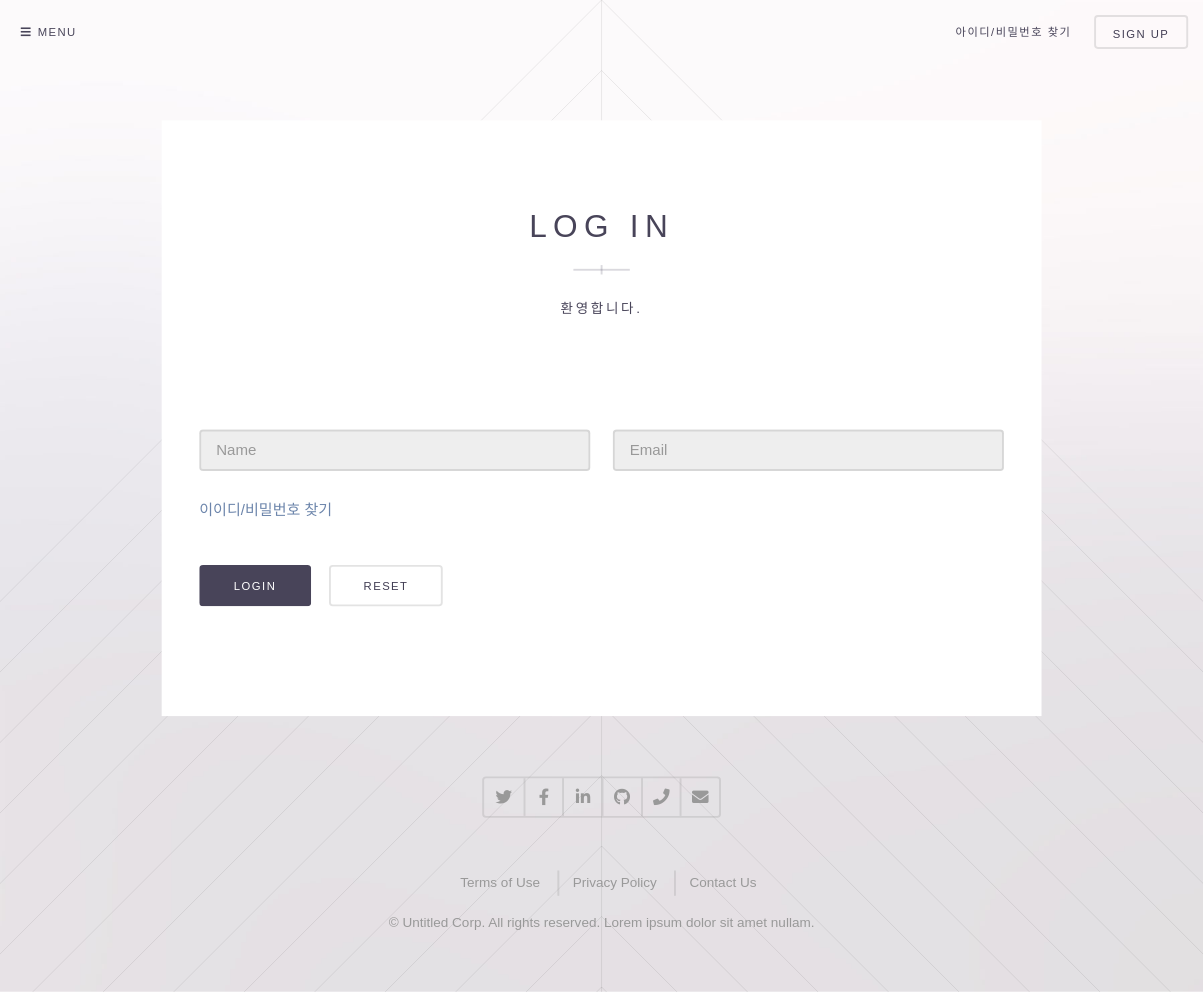
Repository: WKMoon/JavaScript-Project
Page: myFront/WebContent/find.html
These files come from the project's save history. The page is drawn as it stood at one moment and after the next save; the edit follows.
The browser window is 1280 px wide. The pictures show the whole page, at 94% of full size.
Some web fonts or font styles are not loaded; a fallback is used.

Above is the page before, as saved 2021-02-25 08:00:24.

### myFront/WebContent/find.html
<!DOCTYPE html>
<html>
<head>
<meta charset="UTF-8">
<meta name="viewport" content="width=device-width, initial-scale=1, user-scalable=no" />
<link rel="stylesheet" href="assets/css/main.css" />
<title>아이디/비밀번호 찾기</title>
</head>
	<body class="is-preload">

		<!-- Header -->
			<header id="header">
				<a href="#menu">Menu</a>
				<a href="login.html">아이디/비밀번호 찾기</a>
				<a href="signup.html" class="button">Sign Up</a>
			</header>

		<!-- Nav -->
			<nav id="menu">
				<ul class="links">
					<li><a href="index.html">Home</a></li>
					<li><a href="generic.html">Generic</a></li>
					<li><a href="elements.html">Elements</a></li>
				</ul>
				<ul class="actions stacked">
					<li><a href="login.html" class="button primary fit">Log In</a></li>
					<li><a href="signup.html" class="button fit">Sign Up</a></li>
				</ul>
			</nav>


		<!-- Main -->
			<section id="main" class="wrapper style1">
				<div class="inner">

					<!-- Title -->
						<header class="major special">
							<h1>Log In</h1>
							<p>환영합니다.</p>
						</header>

					<!-- Content -->
						<div class="content">
							<form method="post" action="#">
											<div class="row">
												<div class="col-6 col-12-xsmall">
													<input type="text" name="name" id="name" value="" placeholder="Name" />
												</div>
												<div class="col-6 col-12-xsmall">
													<input type="email" name="email" id="email" value="" placeholder="Email" />
												</div>



												<div class="col-6 col-12-small" style=" margin-bottom:5%;">
													<a href="agreement.html"style="text-decoration: none;">이이디/비밀번호 찾기</a>

												</div>
												<!-- Break -->

												<!-- Break -->
												<div class="col-12">
													<ul class="actions">
														<li><input type="submit" value="Login" class="primary" /></li>
														<li><input type="reset" value="Reset" /></li>
													</ul>
												</div>
											</div>
										</form>
						</div>

				</div>
			</section>

		<!-- Footer -->
			<footer id="footer">
				<ul class="alt-icons">
					<li><a href="#" class="icon brands fa-twitter"><span class="label">Twitter</span></a></li>
					<li><a href="#" class="icon brands fa-facebook-f"><span class="label">Facebook</span></a></li>
					<li><a href="#" class="icon brands fa-linkedin-in"><span class="label">LinkedIn</span></a></li>
					<li><a href="#" class="icon brands fa-github"><span class="label">GitHub</span></a></li>
					<li><a href="#" class="icon solid fa-phone"><span class="label">Phone</span></a></li>
					<li><a href="#" class="icon solid fa-envelope"><span class="label">Email</span></a></li>
				</ul>
				<ul class="menu">
					<li><a href="#">Terms of Use</a></li>
					<li><a href="#">Privacy Policy</a></li>
					<li><a href="#">Contact Us</a></li>
				</ul>
				<p class="copyright">
					&copy; Untitled Corp. All rights reserved. Lorem ipsum dolor sit amet nullam.
				</p>
			</footer>

		<!-- Scripts -->
			<script src="assets/js/jquery.min.js"></script>
			<script src="assets/js/jquery.scrolly.min.js"></script>
			<script src="assets/js/jquery.scrollex.min.js"></script>
			<script src="assets/js/browser.min.js"></script>
			<script src="assets/js/breakpoints.min.js"></script>
			<script src="assets/js/util.js"></script>
			<script src="assets/js/main.js"></script>

	</body>
</html>

Loaded but not shown: myFront/WebContent/assets/js/jquery.min.js (library); myFront/WebContent/assets/js/jquery.scrolly.min.js (common file); myFront/WebContent/assets/js/jquery.scrollex.min.js (common file); myFront/WebContent/assets/js/browser.min.js (common file); myFront/WebContent/assets/js/breakpoints.min.js (common file); myFront/WebContent/assets/css/fontawesome-all.min.css (library); myFront/WebContent/assets/js/util.js (587 lines, source omitted); myFront/WebContent/assets/js/main.js (57 lines, source omitted); myFront/WebContent/assets/css/main.css (4487 lines, source omitted)

After the next save:
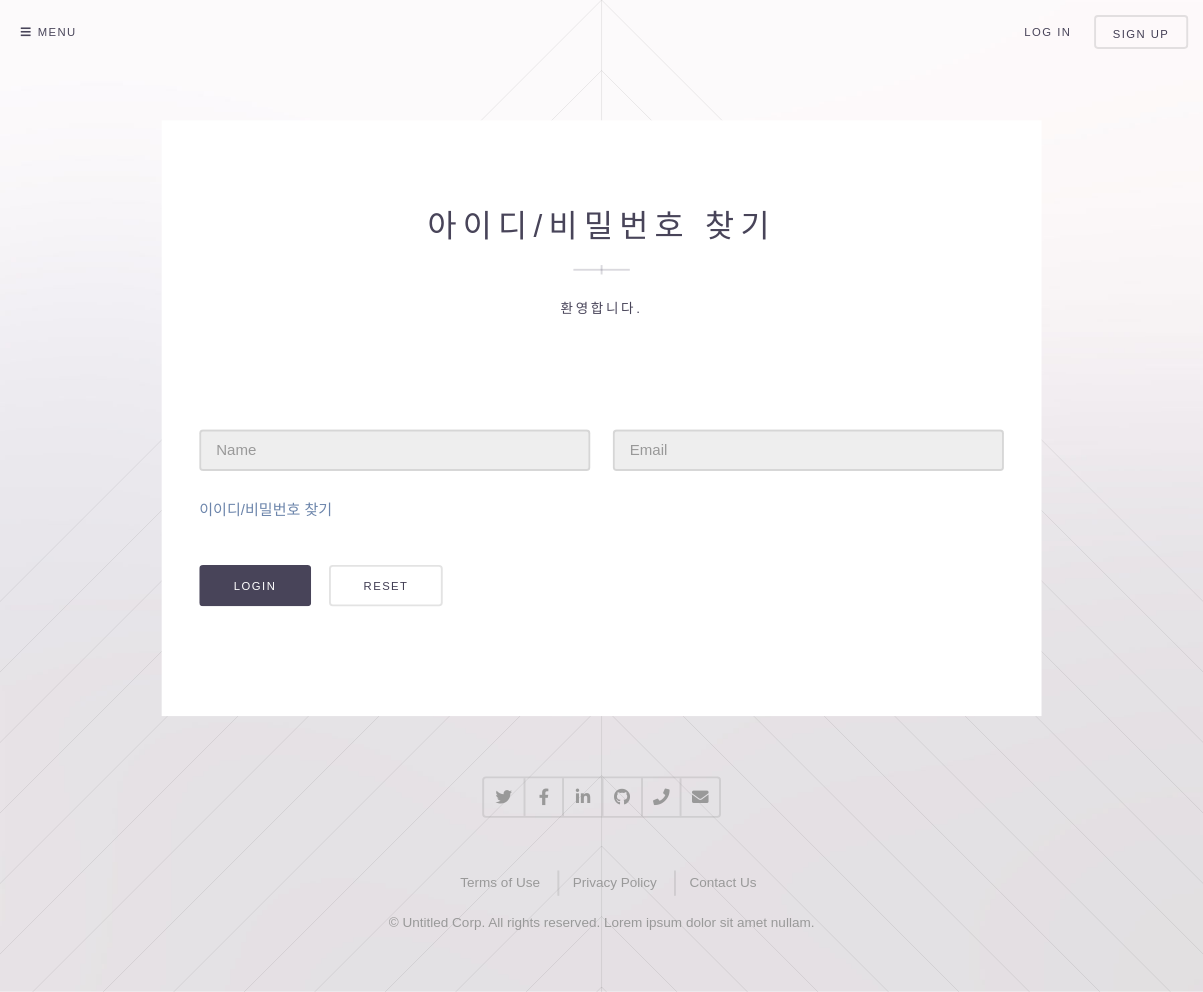
Saved 23 s later.
--- a/myFront/WebContent/find.html
+++ b/myFront/WebContent/find.html
@@ -11,7 +11,7 @@
 		<!-- Header -->
 			<header id="header">
 				<a href="#menu">Menu</a>
-				<a href="login.html">아이디/비밀번호 찾기</a>
+				<a href="login.html">Log In</a>
 				<a href="signup.html" class="button">Sign Up</a>
 			</header>
 
@@ -35,7 +35,7 @@
 
 					<!-- Title -->
 						<header class="major special">
-							<h1>Log In</h1>
+							<h1>아이디/비밀번호 찾기</h1>
 							<p>환영합니다.</p>
 						</header>
 
